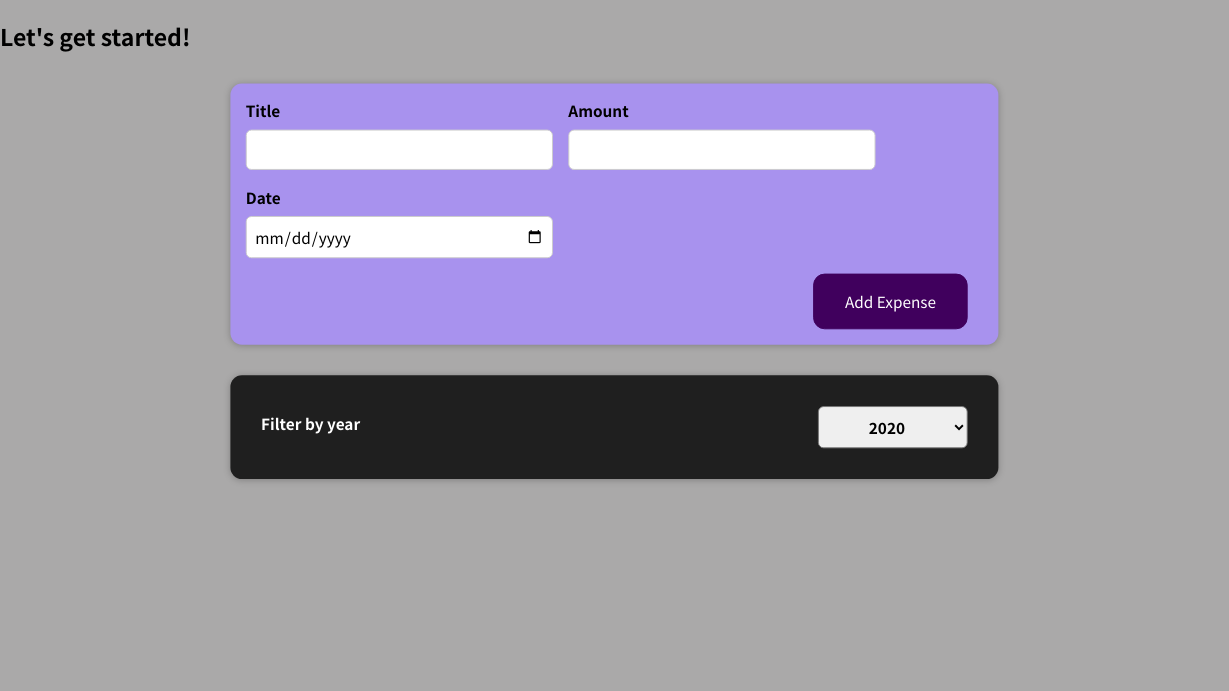
Repository: otvertka/MSC
Page: /
The author's editor kept a copy of each file at every save. The page is drawn from the files as they stood at one save, then again after a run of saves.
The browser window is 1280 px wide. The pictures show the whole page, at 96% of full size.
The project was rebuilt for these pictures with package versions that can differ from the ones it lists, and the page was loaded fresh each time.

Above is the page before, as saved 2023-06-26 16:08:58.

After the next 2 saves:
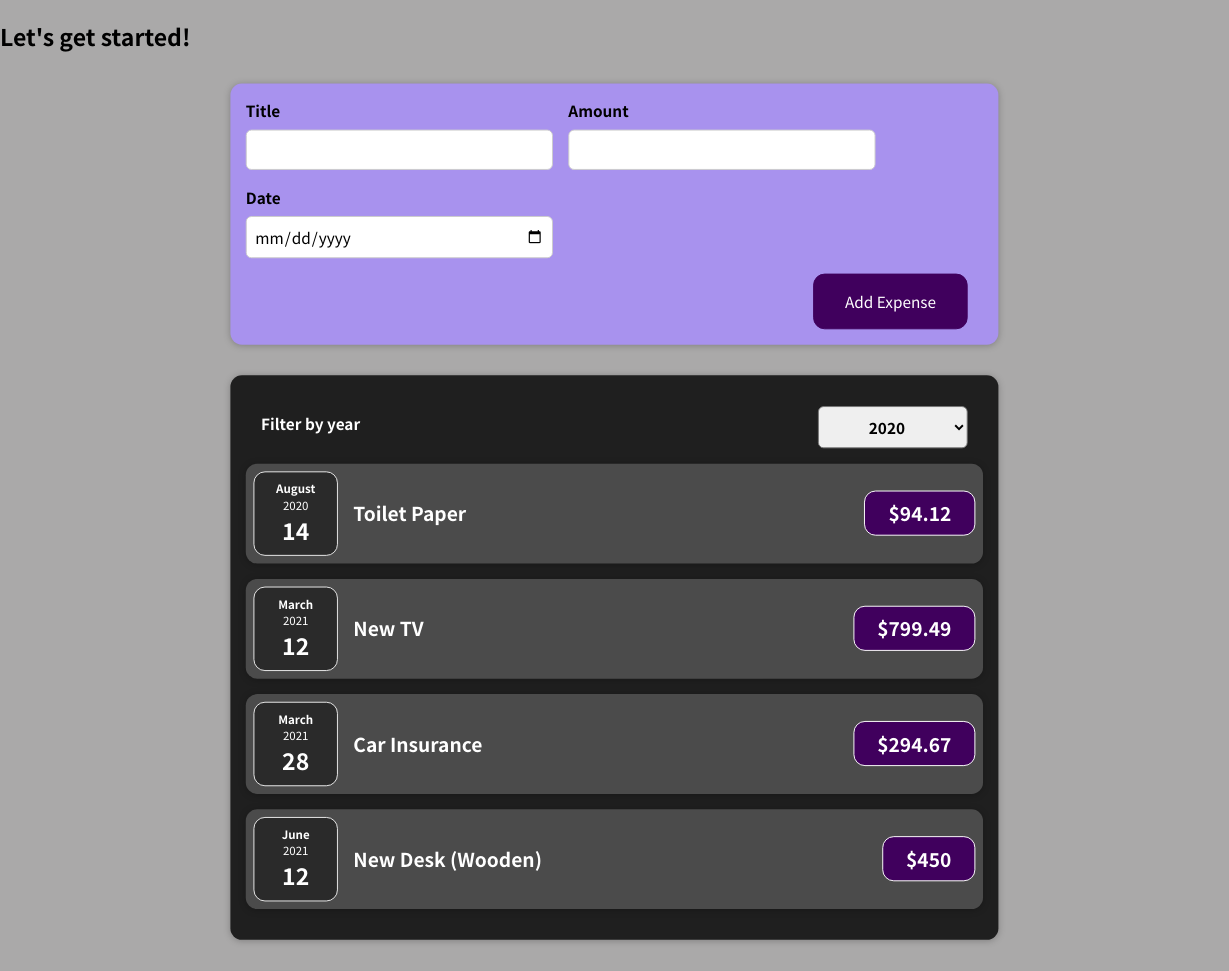
The 2 saves are shown as one change because they came seconds apart.
The last was saved 117 s later.
--- a/src/components/Expenses/Expenses.js
+++ b/src/components/Expenses/Expenses.js
@@ -29,13 +29,13 @@ const Expenses = (props) => {
           onChangeFilter={filterChangeHandler}
         />
 
-        {props.items.map((expense) => {
+        {props.items.map((expense) => (
           <ExpenseItem
             title={expense.title}
             amount={expense.amount}
             date={expense.date}
-          />;
-        })}
+          />
+        ))}
       </Card>
     </div>
   );
